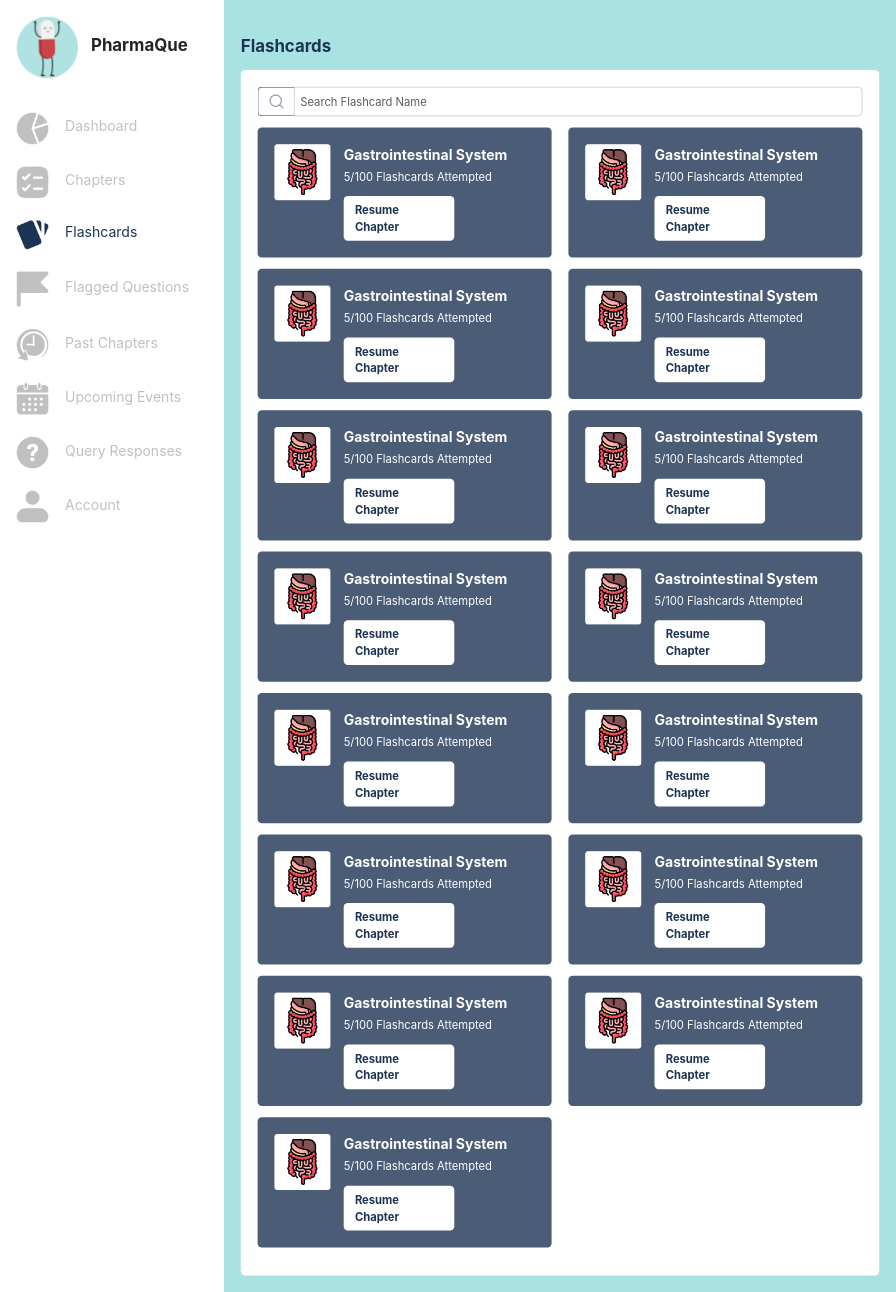
Repository: Kronium345/new_pharmaque_web_app
Page: /flashcards
These files come from the project's save history. The page is drawn as it stood at one moment and after the next save; the edit follows.
The browser window is 1280 px wide. The pictures show the whole page, at 70% of full size.
The page's requests for data from a server got no answer. The project was rebuilt for these pictures with package versions that can differ from the ones it lists, and the page was loaded fresh each time. No one was signed in, and anything a server would have sent is missing. Also part of the build but not shown: src/pages/Login.js, src/pages/MyAccount.js, src/pages/UpcomingEvents.js, src/pages/UpcomingEvents2.js, src/pages/Chapters.js, src/pages/Dashboard.js, src/pages/FlaggedQuestions.js, src/pages/FlashcardQuestion.js and 34 more.

Above is the page before, as saved 2024-03-10 22:53:06.

After the next save:
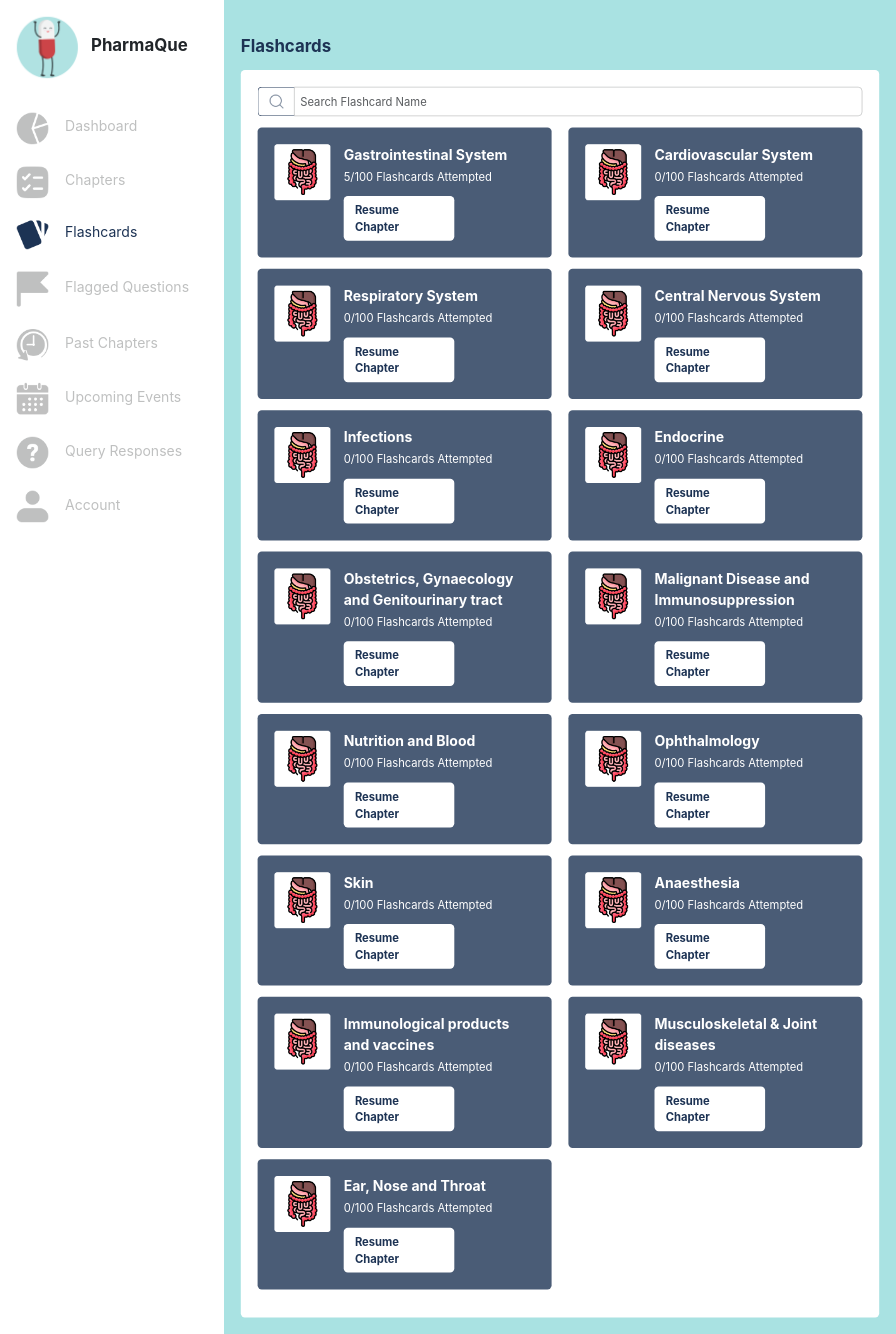
Saved 13 s later.
--- a/src/pages/Flashcards.js
+++ b/src/pages/Flashcards.js
@@ -144,10 +144,10 @@ const Flashcards = () => {
                               </div>
                               <div class="col-sm-9">
                                 <p class="fs-5 fw-bold whitetext mb-1">
-                                  Gastrointestinal System
+                                  {chapter.name}
                                 </p>
                                 <p class="fs-6 whitetext mb-3">
-                                  5/100 Flashcards Attempted
+                                  {chapter.questionsAttempted}
                                 </p>
 
                                 <Link
